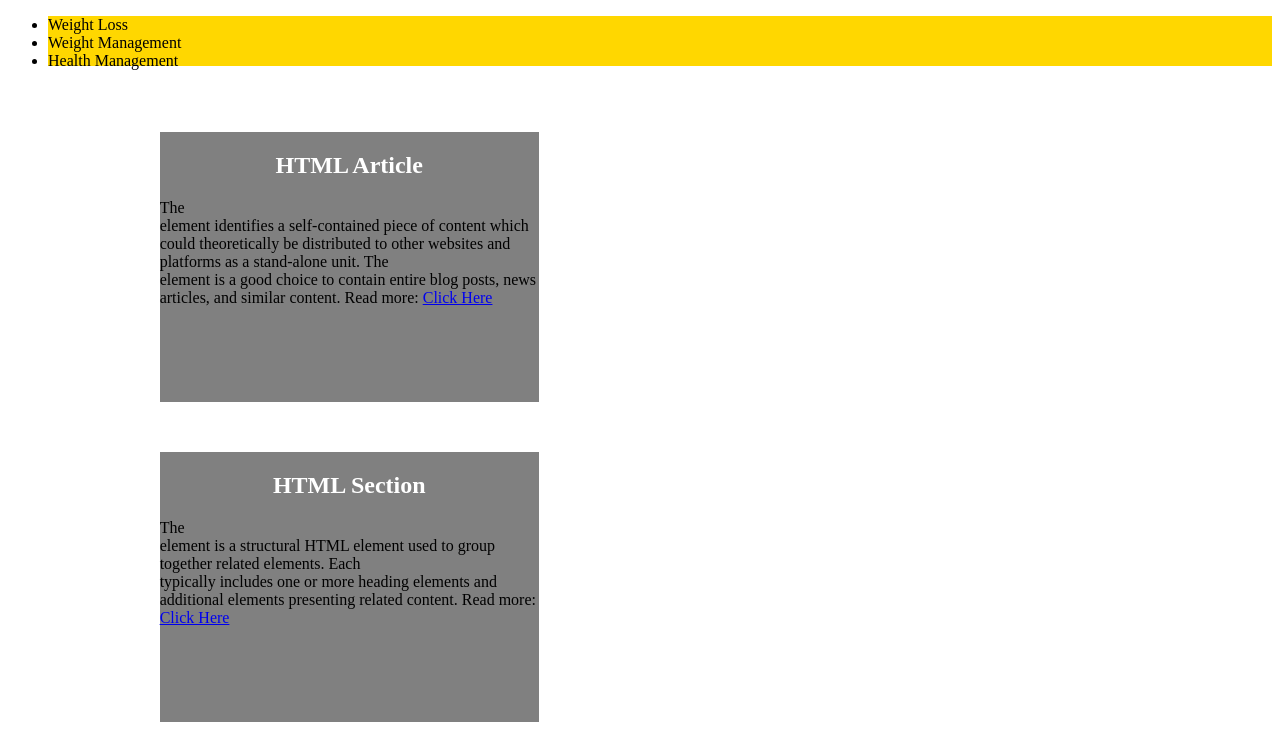
Repository: helloneibor/project1
Page: project1.html
The author's editor kept a record of every edit. The page is drawn from the files as they stood at one moment, then again after the next edit.
The browser window is 1280 px wide. The pictures show the whole page.

Above is the page before.

After the next edit:
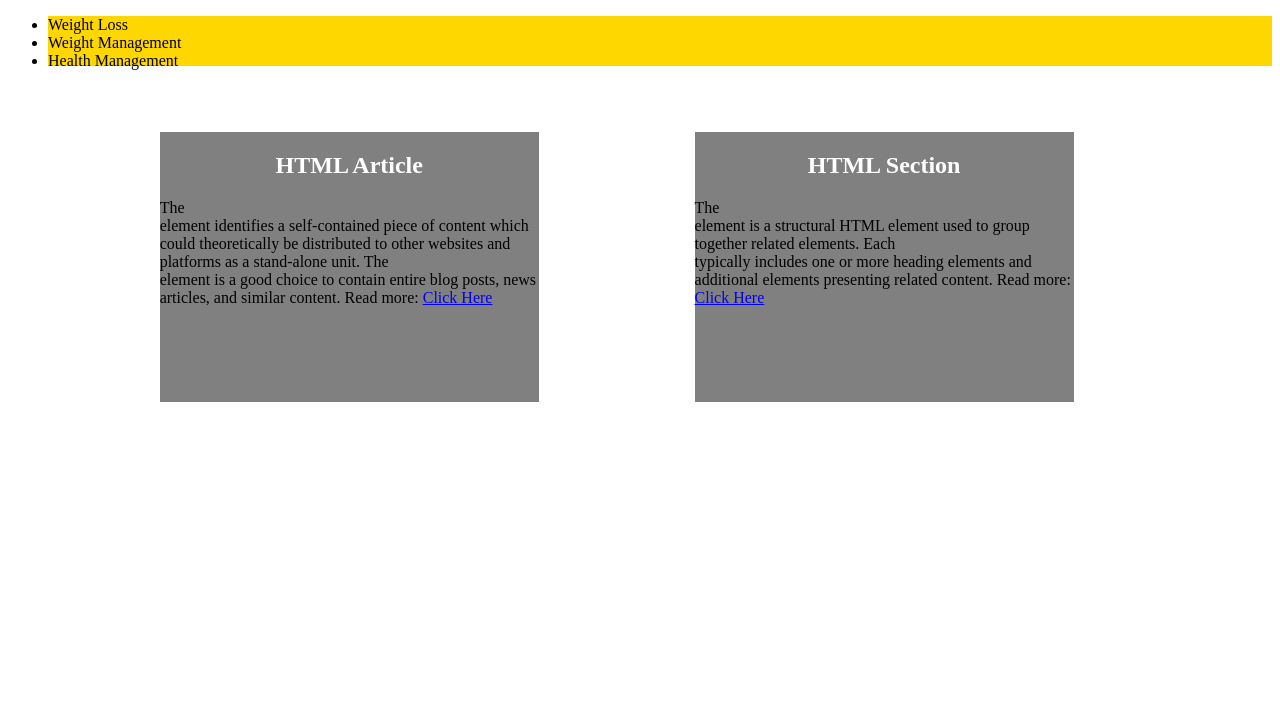
The edit:
--- a/project1.html
+++ b/project1.html
@@ -26,9 +26,10 @@
 Read more: <a href="https://html.com/tags/article/#ixzz5nXVSt3us"/a> Click Here</a>
             </div>
         </article>
-        <article>
-            <div class="blocks">
+        <article class="blocks">
+            <div>
             <h2> HTML Section </h2>
+            <div class="divmarg">
             The <section> element is a structural HTML element used to group together related elements. Each <section> typically includes one or more heading elements and additional elements presenting related content.
 
 Read more: <a href="https://html.com/tags/section/#ixzz5nXWPnf1w"> Click Here </a>
